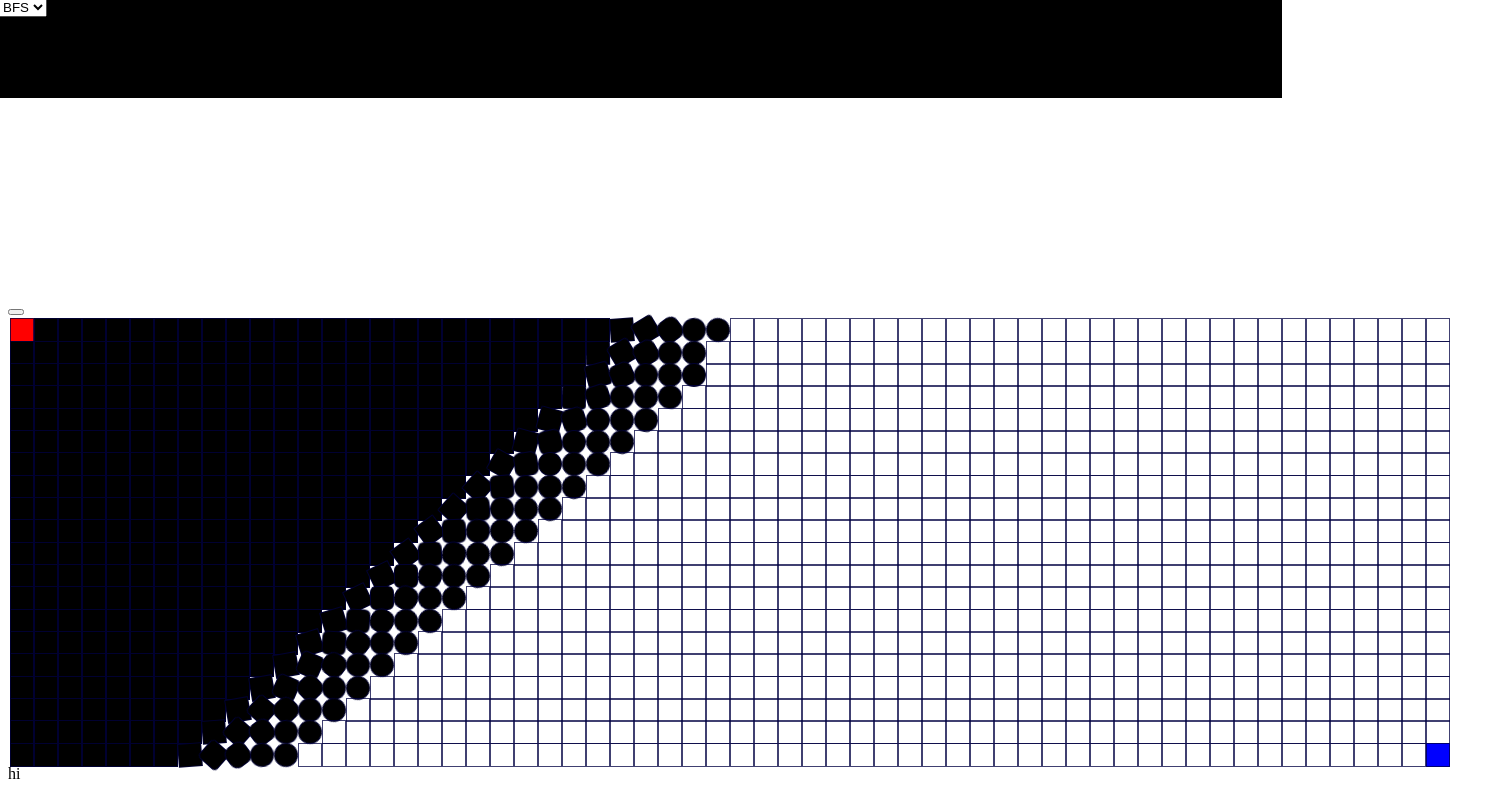
Repository: NikhilJohny/Pathfinding---ReactJS
Page: /, after clicking the first element matching `button`
These files come from the project's save history. The page is drawn as it stood at one moment and after the next save; the edit follows.
The browser window is 1280 px wide. The page is 1508 px wide, so the pictures cover 1508 px, including what lies to the right of the window. The pictures show the whole page.
The project was rebuilt for these pictures with package versions that can differ from the ones it lists, and the page was loaded fresh each time.

Above is the page before, as saved 2021-05-11 10:59:10.

### src/index.js
import React from 'react'
import ReactDOM from 'react-dom'
import App from './App'

ReactDOM.render(
  <App/>,
  document.getElementById('root')
)

### src/App.js
import React from "react"
import PathFindingView from './PathFindingView'

class App extends React.Component {
    render() {
        return (
            <PathFindingView />
        )
    }
}

export default App;

### src/PathFindingView.js
import React, { Component } from "react";
import Nodes from "./Nodes";
import "./Node.css";
import update from "react-addons-update";
import Algorithms from "./Algorithms/pathfind/Algorithms";
import Header from './header'

let cunt = 0
export default class PathFindingView extends Component {
  constructor() {
    super();
    this.state = {
      board: [],
      mousePressed: false,
      currentGrid: {
        row: -1,
        col: -1,
        start: false,
        end: false,
        previous: null,
        top: null,
        bottom: null,
        left: null,
        right: null,
        wall: false,
      },
      paused : false,
      algorithm : null,
      startNode : {
        row: 0,
        col: 0,
        start: true,
        end: false,
        previous: null,
        top: null,
        bottom: 1,
        left: null,
        right: 1,
        wall: false,
      },
      endNode : null
    };
  }

  componentDidMount() {
    const arr = grid();
    this.setState({ board: arr });
    console.log(window.innerWidth);
  }

  changeStateFunction(currentNode){
    document.getElementById(`row-${currentNode.row}-col-${currentNode.col}`).className = 'Node node-visited'
  }

  togglePausedFunction(){
    const paused = this.state.paused
    this.setState({
      paused : !paused
    })
  }


  updateIndex(rows, cols, content) {
    this.setState(
      update(this.state, {
        board: {
          [rows]: {
            [cols]: {
              $set: content,
            },
          },
        },
        mousePressed: {
          $set: true,
        },
        currentGrid: {
          $set: content,
        },
      })
    );
  }

  mouseDownFunctions(rows, cols) {
    const grid = this.state.board;
    console.log(this.state.startNode)
    if(!grid[rows][cols].start && !grid[rows][cols].end){
      grid[rows][cols].wall = !grid[rows][cols].wall;
      this.updateIndex(rows, cols, grid[rows][cols]);
    }else{
        this.setState({
          mousePressed : true,
          currentGrid : grid[rows][cols]
        })
    }
  }


  mouseEnterFunction(rows, cols) {
    const grid = this.state.board;
    if (!this.state.mousePressed || this.state.currentGrid === grid[rows][cols])
      return;
    if(this.state.currentGrid.start || this.state.currentGrid.end && grid[rows][cols] != this.state.currentGrid ){
      if(!grid[rows][cols].end && !grid[rows][cols].start){
        if(this.state.currentGrid.start && !grid[rows][cols].end){
          grid[rows][cols].start = true
          grid[rows][cols].wall = false
          grid[this.state.currentGrid.row][this.state.currentGrid.col].start = false
          this.setState({
            currentGrid : grid[rows][cols],
            startNode : grid[rows][cols]
          })
        }else if(this.state.currentGrid.end && !grid[rows][cols].start){
          grid[rows][cols].end = true
          grid[rows][cols].wall = false
          grid[this.state.currentGrid.row][this.state.currentGrid.col].end = false
          this.setState({
            currentGrid : grid[rows][cols],
            endNode : grid[rows][cols]
          })
        }
      }
    }else if(!grid[rows][cols].start && !grid[rows][cols].end){
      grid[rows][cols].wall = !grid[rows][cols].wall;
      this.updateIndex(rows, cols, grid[rows][cols]);
    }
    return
  }


  mouseUpFunction() {
    this.setState({
      mousePressed: false,
    });
  }

  render() {
    const testing = []
    let temp = {
      row: 1,
      col: 1,
      start: false,
      end: false,
      previous: null,
      top: null,
      bottom: null,
      left: null,
      right: null,
      wall: false,
    }
    const grid = this.state.board
    const NodeComponent = this.state.board.map((rows, rowKeys) => {
      return (
        <tr className={`rowIndex-${rowKeys}`}>
          {rows.map((cols, colKeys) => {
            return (
              <Nodes
                id={colKeys}
                row={cols.row}
                col={cols.col}
                wall={cols.wall}
                start={cols.start}
                end = {cols.end}
                visited = {cols.visited}
                onMouseDown={(row, col) => this.mouseDownFunctions(row,col)}
                onMouseEnter={(row, col) => this.mouseEnterFunction(row ,col)}
                onMouseUp={() => this.mouseUpFunction()}
              />
            )
          })}
        </tr>
      )
    });
    return (
      <div>
        <Header/>
        <div className="canvas">
          <button onClick={(()=>{
            this.setState({
              paused : true
            })
          })}></button>
          {testing}
          <table>
            <tbody>
              {NodeComponent}
            </tbody>
          </table>
          <Algorithms
              change = {(newVal)=>this.changeStateFunction(newVal)}
              current = {grid}
              i = {cunt++}
              paused = {this.state.paused}
              start = {this.state.startNode}
              togglePaused = {() => this.togglePausedFunction()}
            />
        </div>
      </div>
    )
  }
}

const grid = () => {
  const rowArray = [];
  for (let i = 0; i < 20; i++) {
    const colArray = [];
    for (let j = 0; j < 60; j++) {
      colArray.push(createNode(i, j));
    }
    rowArray.push(colArray);
  }
  rowArray[0][0].start = true;
  rowArray[rowArray.length - 1][rowArray[0].length - 1].end = true;
  return rowArray;
};

const createNode = (i, j) => {
  const NodeObj = {
    row: i,
    col: j,
    start: false,
    end: false,
    previous: null,
    top: i === 0 ? null : i - 1,
    bottom: i === 19 ? null : i + 1,
    left: j === 0 ? null : j - 1,
    right: j === 59 ? null : j + 1,
    wall: false,
    visited : false
  };
  return NodeObj;
};

### src/Nodes.js
import React , {Component} from "react"
import './Node.css';

class Nodes extends Component{

    render(){
        const nodeClass = this.props.wall ? 'Node node-wall' :  this.props.start ? 'Node node-start' : this.props.end ? 'Node node-end' : this.props.visited ? 'Node node-visited' : 'Node'
        return(
            <td className = {nodeClass}
            id = {`row-${this.props.row}-col-${this.props.col}`}
            onMouseDown = {() => this.props.onMouseDown(this.props.row,this.props.col)}
            onMouseEnter = {() => this.props.onMouseEnter(this.props.row,this.props.col)}
            onMouseUp = {() => this.props.onMouseUp()}
            >
            </td>
        )
    }
}

export default Nodes;

### src/Node.css
    .Header {
        margin-top: -10px;
        margin-left: -10px;
        margin-right: -10px;
        background-color: black;
        min-height: 100px;
    }

    .canvas {
        margin-top: 200px;
        min-width: 1500px;
        max-width: 1530px;
    }

    .Node {
        margin-bottom: -4px;
        width: 20px;
        height: 20px;
        border: 1px solid rgba(0, 0, 66, 0.75);
        display: inline-block;
    }

    .node-wall {
        animation-name: visitedAnimation;
        animation-duration: 0.1s;
        animation-timing-function: ease-out;
        animation-delay: 0;
        animation-direction: alternate;
        animation-iteration-count: 1;
        animation-fill-mode: forwards;
        animation-play-state: running;
    }

    @keyframes visitedAnimation {
        0% {
            transform: scale(0.3);
            background-color: rgba(0, 0, 66, 0.75);
            border-radius: 100%;
        }
        50% {
            background-color: rgba(0, 0, 66, 0.75);
        }
        75% {
            transform: scale(1.2);
            background-color: rgba(0, 0, 66, 0.75);
        }
        100% {
            transform: scale(1);
            background-color: rgba(0, 0, 66, 0.75);
            border-color: transparent;
        }
    }

    .node-start {
        background-color: red;
    }

    .node-end {
        background-color: blue;
    }

    .node-visited {
        animation: square-to-circle 1s .83s infinite cubic-bezier(1, .015, .295, 1.225) alternate;
        /* animation-name: visitedAnimation1; */
        animation-duration: 1s;
        animation-timing-function: ease-out;
        animation-delay: 0;
        animation-direction: alternate;
        animation-iteration-count: 1;
        animation-fill-mode: forwards;
        animation-play-state: running;
    }

    @keyframes square-to-circle {
        0% {
            border-radius: 100% 100% 100% 100%;
            background: black;
            transform: rotate(0deg);
        }
        25% {
            border-radius: 75% 75% 75% 75%;
            background: black;
            transform: rotate(45deg);
        }
        50% {
            border-radius: 50% 50% 50% 50%;
            background: black;
            transform: rotate(90deg);
        }
        75% {
            border-radius: 25% 25% 25% 25%;
            background: black;
            transform: rotate(180deg);
        }
        100% {
            background: black;
            transform: rotate(360deg);
        }
    }
    /* @keyframes visitedAnimation1 {
    0% {
        transform: scale(1.3);
    }
    50% {
        background-color: greenyellow;
        transform: rotateY(60deg);
        transform: scale(1.2);
    }
    75% {
        background-color: greenyellow;
        transform: rotateY(120deg);
        transform: scale(1.1);
    }
    100% {
        transform: rotateY(180deg);
        transform: scale(1);
        background-color: greenyellow;
        border-color: transparent;
    }
} */

### src/Algorithms/pathfind/Algorithms.js
import React, { Component } from "react"
let speed = 1
export default class Algorithms extends Component {

    dfs(grid, start) {
        let neighbors = [start]
        let visited = new Set()
        let cacheNeighbours = new Set()
        while (neighbors.length) {
            let current = neighbors.pop()
            console.log(neighbors.length)
            if (current.end) return
            else {
                if (!current.wall) {
                    visited.add(current)
                    setTimeout(() => {
                        this.props.change(current)
                    }, 10 * speed++)
                    if (current.top != null && !visited.has(grid[current.top][current.col])) {
                        neighbors.push(grid[current.top][current.col])
                    }
                    if (current.bottom != null && !visited.has(grid[current.bottom][current.col])) {
                        neighbors.push(grid[current.bottom][current.col])
                    }
                    if (current.left != null && !visited.has(grid[current.row][current.left])) {
                        neighbors.push(grid[current.row][current.left])
                    }
                    if (current.right != null && !visited.has(grid[current.row][current.right])) {
                        neighbors.push(grid[current.row][current.right])
                    }
                }
            }
        }
            // let visited = new Set()
            // let neighbors = []
            // neighbors.push(start)
            // while (neighbors.length) {
            //     let currentNode = neighbors.pop()
            //     if (currentNode.end) {
            //         this.props.togglePaused()
            //         return
            //     }
            //     if (!currentNode.wall) {
            //         currentNode.visisted = true
            //         setTimeout(() => {
            //             this.props.change(currentNode);
            //           }, 10 * speed++);
            //         visited.add(currentNode)

            //         if (currentNode.top && !visited.has(grid[currentNode.top][currentNode.col])) {
            //             neighbors.push(grid[currentNode.top][currentNode.col])
            //         }
            //         if (currentNode.bottom && !visited.has(grid[currentNode.bottom][currentNode.col])) {
            //             neighbors.push(grid[currentNode.bottom][currentNode.col])
            //         }
            //         if (currentNode.left && !visited.has(grid[currentNode.row][currentNode.left])) {
            //             neighbors.push(grid[currentNode.row][currentNode.left])
            //         }
            //         if (currentNode.right && !visited.has(grid[currentNode.row][currentNode.right])) {
            //             neighbors.push(grid[currentNode.row][currentNode.right])
            //         }
            //     }
            // }
    }

    bfs(grid,start){
        let neighbors = []
        let visited = new Set()
        neighbors.push(start)
        let cacheNeighbours = new Set()
        while (neighbors.length) {
            let current = neighbors.shift()
            if (current.end) return
            else {
                if (!current.wall) {
                    if(!current.start){
                        visited.add(grid[current.row][current.col])
                        setTimeout(() => {
                            this.props.change(current)
                        }, ++speed)
                    }
                    if (current.top != null && !visited.has(grid[current.top][current.col]) && !cacheNeighbours.has(grid[current.top][current.col])) {
                        cacheNeighbours.add(grid[current.top][current.col])
                        neighbors.push(grid[current.top][current.col])
                    }
                    if (current.bottom != null && !visited.has(grid[current.bottom][current.col]) && !cacheNeighbours.has(grid[current.bottom][current.col])) {
                        cacheNeighbours.add(grid[current.bottom][current.col])
                        neighbors.push(grid[current.bottom][current.col])
                    }
                    if (current.left != null && !visited.has(grid[current.row][current.left] && !cacheNeighbours.has(grid[current.row][current.left]))) {
                        cacheNeighbours.add(grid[current.row][current.left])
                        neighbors.push(grid[current.row][current.left])
                    }
                    if (current.right != null && !visited.has(grid[current.row][current.right]) && !cacheNeighbours.has(grid[current.row][current.right])) {
                        cacheNeighbours.add(grid[current.row][current.right])
                        neighbors.push(grid[current.row][current.right])
                    }
                }
            }
        }
    }
    render() {
        if (this.props.paused) {
            let clone = Object.assign({}, this.props.current)
            this.bfs(clone, this.props.start)
            this.props.togglePaused()
        }
        return (
            <div>hi</div>
        )
    }
}

### src/header.js
import React, {Component} from "react"
import "./Node.css";
export default class Header extends Component{
    render(){
        return(
            <nav className = "Header">
                <select>
                    <option>BFS</option>
                    <option>DFS</option>
                </select>
            </nav>
        )
    }
}

Loaded but not shown: public/index.html (common file)

After the next save:
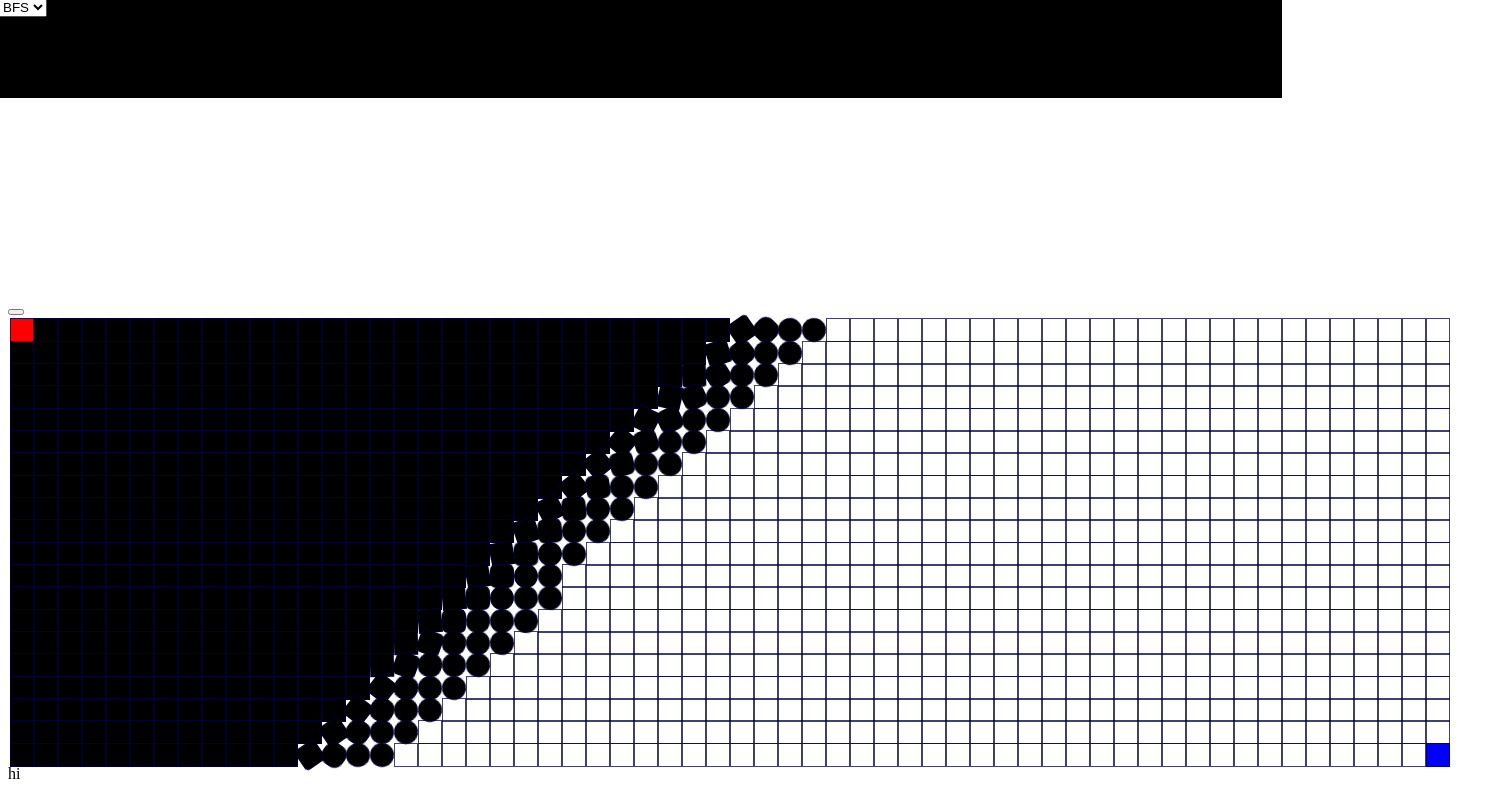
Saved 25 s later.
--- a/src/Node.css
+++ b/src/Node.css
@@ -60,7 +60,7 @@
     }
 
     .node-visited {
-        animation: square-to-circle 1s .83s infinite cubic-bezier(1, .015, .295, 1.225) alternate;
+        animation: square-to-circle 1s infinite cubic-bezier(1, .015, .295, 1.225) alternate;
         /* animation-name: visitedAnimation1; */
         animation-duration: 1s;
         animation-timing-function: ease-out;
